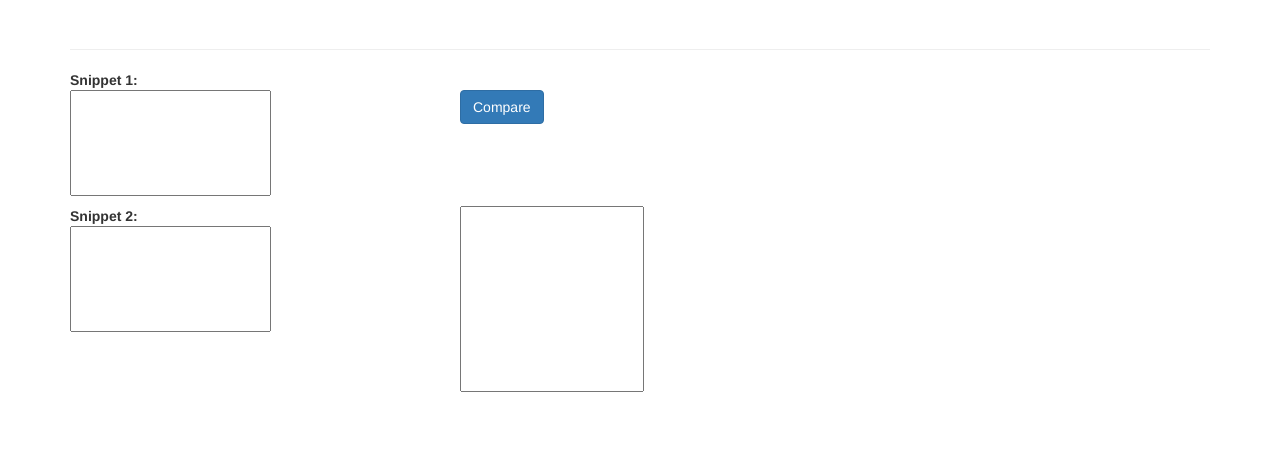
Repository: d4rkm3z/JSPerfomance
Page: index.html
The author's editor kept a copy of each file at every save. The page is drawn from the files as they stood at one save, then again after a run of saves.
The browser window is 1280 px wide. The pictures show the whole page.

Above is the page before, as saved 2016-10-25 18:05:15.

### index.html
<!DOCTYPE html>
<html lang="en">

<head>
  <title></title>
  <meta charset="UTF-8">
  <meta name="viewport" content="width=device-width, initial-scale=1">
  <link href="src/css/style.css" rel="stylesheet">
  <link href="src/bootstrap/css/bootstrap.min.css" rel="stylesheet">
</head>

<body>
  <div class="container">
    <div class="page-header"></div>
    <div class="row">
      <div class="col-md-4">
        <label>
          Snippet 1:<br>
          <span class="snippets-group span-snippets">
            <textarea id="" rows="5" cols="20" style="resize:none"></textarea>
          </span>
        </label>
      </div>
      <div class="col-md-4">
        <button type="button" id="calculate" class="btn btn-primary btn-default btn-compare">Compare</button>
      </div>
    </div>
    <div class="row">
      <div class="col-md-4">
        <label>
          Snippet 2:<br>
          <span class="snippets-group span-snippets">
            <textarea id="" rows="5" cols="20" style="resize:none"></textarea>
          </span>
        </label>
      </div>
      <div class="col-md-4">
        <span class="snippets-group snippet-result">
          <textarea id="result" rows="9" cols="20" style="resize:none"></textarea>
        </span>
      </div>
    </div>
  </div>
  <script src="src/js/jquery-3.1.1.min.js"></script>
  <script src="src/js/app.js"></script>
</body>

</html>

### src/css/style.css
.btn-compare{
  margin-top:20px !important;
}

### src/js/app.js
//view
class View {
  setResults(result) {
    $('#result').text(result);
  }
  getFragmentCodes() {
    let codes = [];
    let textareas = $('.span-snippets textarea');
    for (let i of textareas) {
      codes.push(i.value);
    }
    return codes;
  }
}

//controller
class CalculateTime {
  constructor() {
    this._start = 0;
  }
  getWorkedTime() {
    let timeNow = new Date().getTime();
    let elapsed = timeNow - this._start;
    return elapsed;
  }
  start() {
    this._start = new Date().getTime();
  }
}
class CalculateResults {
  constructor(mediator) {
    this.mediator = mediator;
  }
  getPerfectScript() {
    let calculates = this.mediator.model.getCalculates();
    let mean = [];

    for (let i in calculates) {
      mean[i] = calculates[i] / 1000;
    }

    let result = mean.indexOf(Math.max(...mean));
    return `Snippet ${result+1} fastly`;
  }
}
class TestCode {
  constructor(mediator) {
    this.mediator = mediator;
    this.calculateTime = mediator.calculateTime;
  }
  addCalculate(obj) {
    this.mediator.addCalculate(obj);
  }
  runTest(fragmentCodes) {
    for (let i in fragmentCodes) {
      let workedTime = 0;

      for (let j = 0; j <= 1000; j++) {
        this.calculateTime.start();
        this.runCalculate(fragmentCodes[i]);
        workedTime += this.calculateTime.getWorkedTime();
      }
      console.log(workedTime);
      this.addCalculate({
        id: i,
        value: workedTime
      });
    }
  }
  runCalculate(code) {
    try{
      eval(code);
    } catch(e){
      this.mediator.result = e.message;
    }
  }
}
class Controller {
  constructor() {
    self = this;
    self.view = new View();
    self.model = new Model();

    self.calculateTime = new CalculateTime();
    self.calculateResults = new CalculateResults(self);
    self.testCode = new TestCode(self);
  }
  runCompare() {
    self.fragmentCodes = self.view.getFragmentCodes();
    self.model.setLengthCalculate(self.fragmentCodes.length);
    self.testCode.runTest(self.fragmentCodes);
    self.result = self.calculateResults.getPerfectScript();
    self.setResult();
  }
  addCalculate(obj) {
    self.model.addCalculate(obj)
  }
  setResult() {
    self.view.setResults(self.result);
  }
}

//model
class Model {
  constructor() {
    this.calculates = [];
  }
  setLengthCalculate(length) {
    this.calculates = new Array(length);
  }
  addCalculate(obj) {
    console.log(obj);
    let id = Number(obj.id);
    let value = obj.value;
    if (this.calculates[id] === undefined) {
      this.calculates[id] = [];
    }
    this.calculates[id] = Number(value) + Number(this.calculates[id]);
    console.log(this.calculates)
  }
  getCalculates() {
    return this.calculates;
  }
}

var app = new Controller();
$('#calculate').on('click', app.runCompare);

Loaded but not shown: src/bootstrap/css/bootstrap.min.css (library); src/js/jquery-3.1.1.min.js (library)

After the next 4 saves:
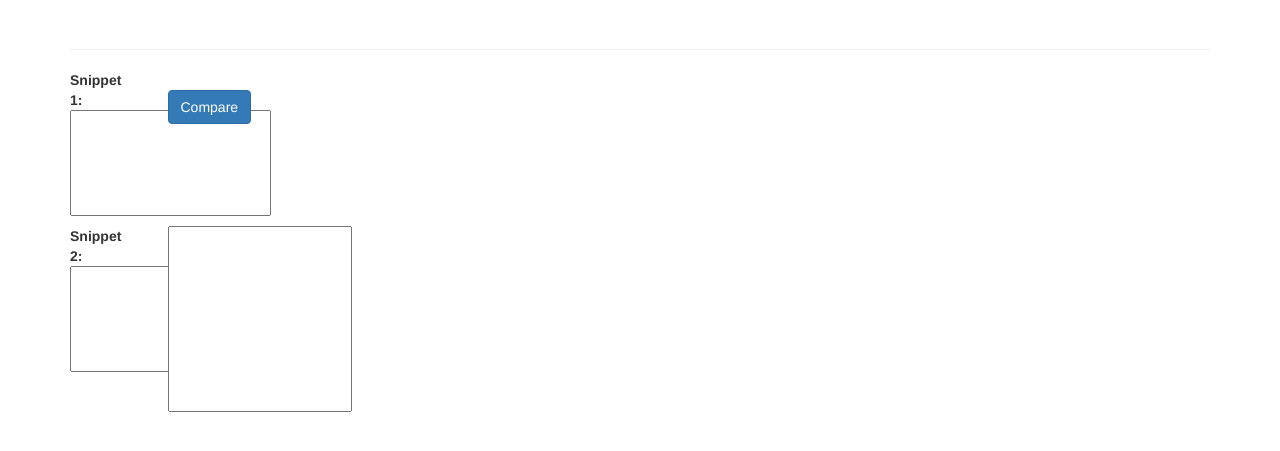
The 4 saves are shown as one change because they came seconds apart.
The last was saved 26 s later.
--- a/index.html
+++ b/index.html
@@ -13,7 +13,7 @@
   <div class="container">
     <div class="page-header"></div>
     <div class="row">
-      <div class="col-md-4">
+      <div class="col-md-1">
         <label>
           Snippet 1:<br>
           <span class="snippets-group span-snippets">
@@ -21,12 +21,12 @@
           </span>
         </label>
       </div>
-      <div class="col-md-4">
+      <div class="col-md-1">
         <button type="button" id="calculate" class="btn btn-primary btn-default btn-compare">Compare</button>
       </div>
     </div>
     <div class="row">
-      <div class="col-md-4">
+      <div class="col-md-1">
         <label>
           Snippet 2:<br>
           <span class="snippets-group span-snippets">
@@ -34,7 +34,7 @@
           </span>
         </label>
       </div>
-      <div class="col-md-4">
+      <div class="col-md-1">
         <span class="snippets-group snippet-result">
           <textarea id="result" rows="9" cols="20" style="resize:none"></textarea>
         </span>

After the save that followed:
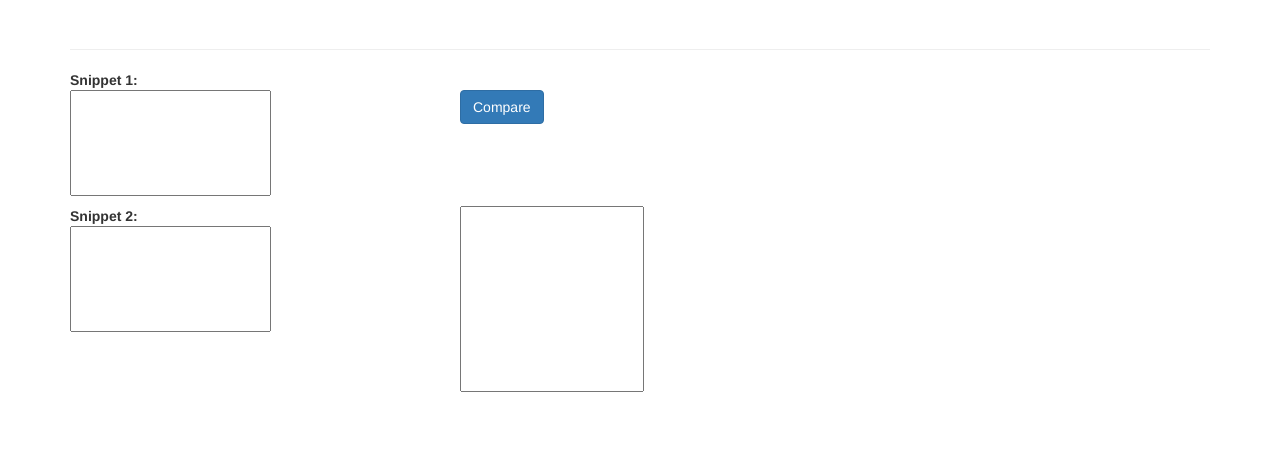
Saved 9 s later.
--- a/index.html
+++ b/index.html
@@ -13,7 +13,7 @@
   <div class="container">
     <div class="page-header"></div>
     <div class="row">
-      <div class="col-md-1">
+      <div class="col-md-4">
         <label>
           Snippet 1:<br>
           <span class="snippets-group span-snippets">
@@ -21,12 +21,12 @@
           </span>
         </label>
       </div>
-      <div class="col-md-1">
+      <div class="col-md-4">
         <button type="button" id="calculate" class="btn btn-primary btn-default btn-compare">Compare</button>
       </div>
     </div>
     <div class="row">
-      <div class="col-md-1">
+      <div class="col-md-4">
         <label>
           Snippet 2:<br>
           <span class="snippets-group span-snippets">
@@ -34,7 +34,7 @@
           </span>
         </label>
       </div>
-      <div class="col-md-1">
+      <div class="col-md-4">
         <span class="snippets-group snippet-result">
           <textarea id="result" rows="9" cols="20" style="resize:none"></textarea>
         </span>
